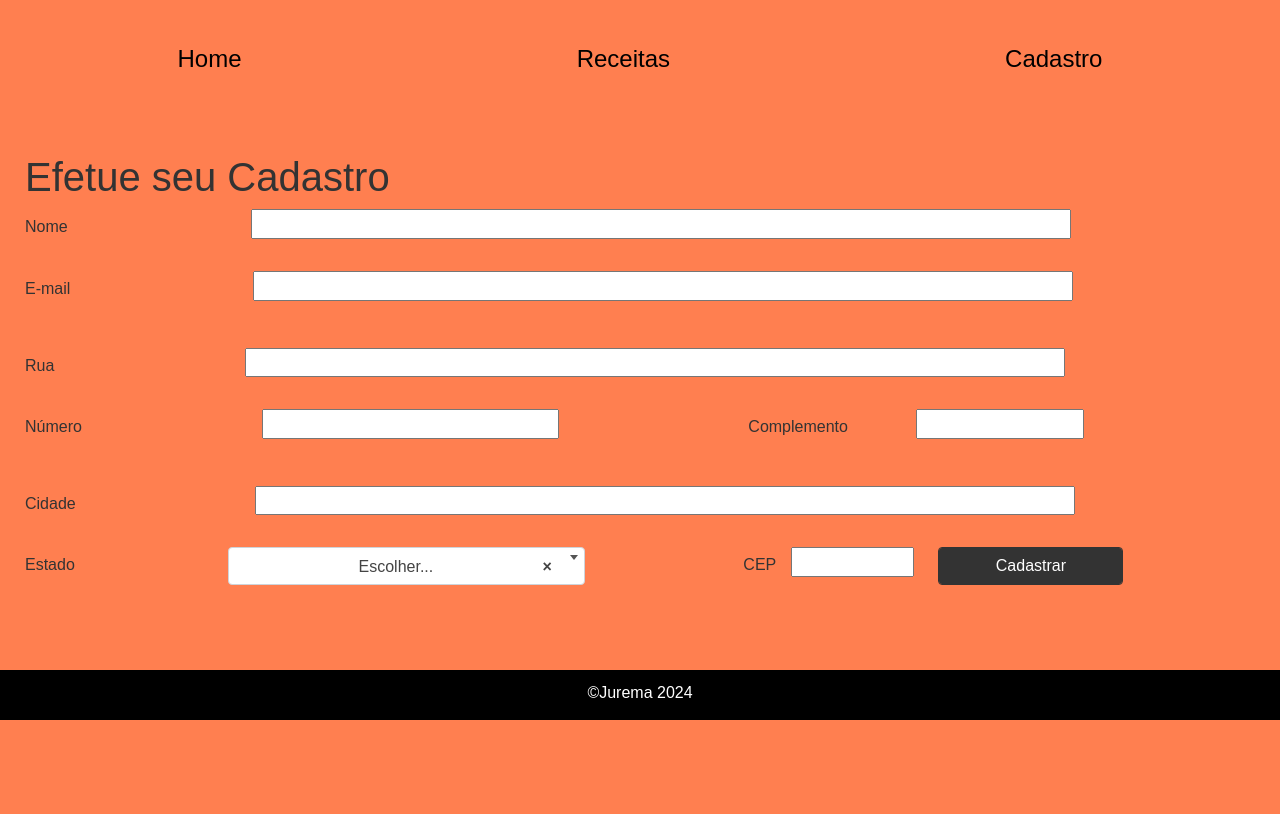
Repository: devropaes/RECEITAS
Page: OneDrive/Área de Trabalho/Estudos/Estácio/receitas/cadastro.html
The author's editor kept a copy of each file at every save. The page is drawn from the files as they stood at one save, then again after the next save.
The browser window is 1280 px wide. The pictures show the whole page.

Above is the page before, as saved 2024-03-15 10:10:38.

### OneDrive/Área de Trabalho/Estudos/Estácio/receitas/cadastro.html
<!DOCTYPE html>
<html lang="pt-br">
<head>
    <meta charset="UTF-8">
    <meta http-equiv="X-UA-Compatible" content="IE=edge">
    <meta name="viewport" content="width=device-width, initial-scale=1.0">
    <link rel="stylesheet" href="https://stackpath.bootstrapcdn.com/bootstrap/4.3.1/css/bootstrap.min.css" integrity="sha384-ggOyR0iXCbMQv3Xipma34MD+dH/1fQ784/j6cY/iJTQUOhcWr7x9JvoRxT2MZw1T" crossorigin="anonymous">
    <link href="https://cdnjs.cloudflare.com/ajax/libs/select2/4.0.13/css/select2.min.css" rel="stylesheet" />
    <link rel="stylesheet" href="cadastro.css">
    <link rel="stylesheet" href="formatos.css">
    <title>Cadastro</title>
    <style>
        body {
            background-color: #ff7f50; /* Cor de fundo do corpo */
        }
    </style>
</head>
<body>

  <ul class="navlist">
      <li><a href="home.html">Home</a></li>
      <li><a href="receitas.html">Receitas</a></li>
      <li><a href="cadastro.html">Cadastro</a></li>
 </ul>
 </body>


        <main class="container-fluid">
            <!-- Área Principal - Título e Formulário de Cadastro -->
            <div class="row">
                <div class="col-lg-12">
                    <h1 class="mt-4 text-left">Efetue seu Cadastro</h1>
                    <form>
                        <div class="form-row">
                            <div class="form-group col-md-12">
                                <label for="nome" class="float-left">Nome</label>
                                <input type="text" class="form-group col-md-8" id="nome" required>
                            </div>
                            <div class="form-group col-md-12">
                                <label for="email" class="float-left">E-mail</label>
                                <input type="email" class="form-group col-md-8" id="email" required>
                            </div>
                        </div>
                        <div class="form-row">
                            <div class="form-group col-md-12">
                                <label for="rua" class="float-left">Rua</label>
                                <input type="text" class="form-group col-md-8" id="rua" required>
                            </div>
                            <div class="form-group col-md-7">
                                <label for="numero" class="float-left">Número</label>
                                <input type="text" class="form-group col-md-5" id="numero" required>
                            </div>
                            <div class="form-group col-md-4">
                                <label for="complemento" class="float-left">Complemento</label>
                                <input type="text" class="form-group col-md-5" id="complemento">
                            </div>
                        </div>
                        <div class="form-row">
                            <div class="form-group col-md-12">
                                <label for="cidade" class="float-left">Cidade</label>
                                <input type="text" class="form-group col-md-8" id="cidade" required>
                            </div>
                            <div class="form-group col-md-7">
                                <label for="estado" class="float-left">Estado</label>
                                <select id="estado" class="form-group col-md-6" required>
                                    <option selected>Escolher...</option>
                                    <option value="AC">Acre</option>
                                    <option value="AL">Alagoas</option>
                                    <option value="AP">Amapá</option>
                                    <option value="AM">Amazonas</option>
                                    <option value="BA">Bahia</option>
                                    <option value="CE">Ceará</option>
                                    <option value="DF">Distrito Federal</option>
                                    <option value="ES">Espírito Santo</option>
                                    <option value="GO">Goiás</option>
                                    <option value="MA">Maranhão</option>
                                    <option value="MT">Mato Grosso</option>
                                    <option value="MS">Mato Grosso do Sul</option>
                                    <option value="MG">Minas Gerais</option>
                                    <option value="PA">Pará</option>
                                    <option value="PB">Paraíba</option>
                                    <option value="PR">Paraná</option>
                                    <option value="PE">Pernambuco</option>
                                    <option value="PI">Piauí</option>
                                    <option value="RJ">Rio de Janeiro</option>
                                    <option value="RN">Rio Grande do Norte</option>
                                    <option value="RS">Rio Grande do Sul</option>
                                    <option value="RO">Rondônia</option>
                                    <option value="RR">Roraima</option>
                                    <option value="SC">Santa Catarina</option>
                                    <option value="SP">São Paulo</option>
                                    <option value="SE">Sergipe</option>
                                    <option value="TO">Tocantins</option>
                                </select>
                            </div>
                            <div class="form-row">
                                <div class="form-group col-md-6">
                                    <label for="cep" class="float-left">CEP</label>
                                    <input type="text" class="form-group col-md-8" id="cep" required>
                                </div>
                                <div class="form-group col-md-6 d-flex justify-content-end">
                                    <button type="submit" class="btn btn-primary form-control">Cadastrar</button>
                                </div>
                            </div>
        </main>

        <footer class="rodape">
          <p>&copy;Jurema 2024 </p>
     </footer>

     <script src="https://code.jquery.com/jquery-3.3.1.slim.min.js" integrity="sha384-q8i/X+965DzO0rT7abK41JStQIAqVgRVzpbzo5smXKp4YfRvH+8abtTE1Pi6jizo" crossorigin="anonymous"></script>
<script src="https://cdnjs.cloudflare.com/ajax/libs/popper.js/1.14.7/umd/popper.min.js" integrity="sha384-UO2eT0CpHqdSJQ6hJty5KVphtPhzWj9WO1clHTMGa3JDZwrnQq4sF86dIHNDz0W1" crossorigin="anonymous"></script>
<script src="https://stackpath.bootstrapcdn.com/bootstrap/4.3.1/js/bootstrap.min.js" integrity="sha384-JjSmVgyd0p3pXB1rRibZUAYoIIy6OrQ6VrjIEaFf/nJGzIxFDsf4x0xIM+B07jRM" crossorigin="anonymous"></script>
<script src="https://cdnjs.cloudflare.com/ajax/libs/select2/4.0.13/js/select2.min.js"></script>

<script>
    $(document).ready(function() {
        // Aplica o Select2 ao campo de seleção de estados
        $('#estado').select2({
            placeholder: 'Escolher...',
            allowClear: true, // Permite a limpeza da seleção
        });
    });
</script>

</body>
</html>

### OneDrive/Área de Trabalho/Estudos/Estácio/receitas/cadastro.css
* {
  margin: 0;
  padding: 0;
  box-sizing: border-box;
}

:root {
  --cor-primaria: #ff7f50;
  --cor-secundaria: #333;
  --cor-terciaria: #000;
  --cor-hover: #fff;
  --font-primaria: "Arial, Helvetica", sans-serif;
  --font-secundaria: "Krona-One", sans-serif;
}

body {
  overflow-y: auto;
  background-color: var(--cor-primaria);
  font-family: var(--font-secundaria);
  font-size: 1em;
  font-weight: 600;
  text-align: left;
  margin: 5px;
  padding: 5px; /* Adicionado espaçamento interno ao corpo */
}

header {
  height: 60px;
  background-color: var(--cor-secundaria);
  color: var(--cor-hover);
}

main {
  height: calc(100vh - 100px);
  padding: 5px;
}
.navlist {
  ;
  color: var(--cor-hover);
  list-style: none;
  padding: 0;
  display: flex;
  justify-content: space-around;
  max-width: 100%;
}

.navlist li {
  display: flex;
  margin: 10px;
  max-width: 100%;
}

.navlist a {
  text-decoration: none;
  color: var(--cor-terciaria);
  font-family: var(--font-primaria);
  font-size: 1.5em;
  font-weight: normal; /* ou outro valor adequado */
  margin: 0;
  padding: 0;
}
.container-fluid {
  width: 100%;
  padding-right: 15px;
  padding-left: 15px;
  margin-right: auto;
  margin-left: auto;
}

main {
  height: calc(100vh - 100px);
  padding: 5px;
}
form {
  display: flex;
  flex-direction: column;
}

.form-row {
  margin-bottom: 15px;
}

.float-left {
  float: left;
  padding-top: 5px;
}

.float-right {
  float: right;
  padding-top: 5px;
}

/* Estilo personalizado para o Select2 */
.select2-container--default .select2-selection--single {
  height: 38px;
  padding: 8px 12px;
  border: 1px solid #ced4da; /* Corrigido */
  border-radius: 4px;
}

.select2-container--default .select2-selection--single .select2-selection__arrow {
  height: 18px;
}

.select2-container--default .select2-selection--single .select2-selection__rendered {
  line-height: 22px;
}

.select2-container--default .select2-selection--single .select2-selection__arrow b {
  border-color: #555 transparent transparent transparent;
}

#filtroEstado {
  margin-bottom: 15px;
}

.apresentacao {
  font-family: var(--font-secundaria);
  font-weight: 600;
  background-color: var(--cor-primaria);
  text-align: center;
  padding: 50px;
}

.btn-primary {
  color: var(--cor-hover);
  background-color: var(--cor-secundaria);
  border-color: var(--cor-secundaria);
  width: 100%; /* Adicionado */
  height: 38px; /* Adicionado */
}

.rodape {
  background-color: var(--cor-terciaria);
  border-color: var(--cor-hover);
  color: var(--cor-hover);
  text-align: center;
  padding: 10px;
  position: fixed;
  border-bottom: var(--cor-hover);
  left: 0;
  bottom: 0%;
  width: 100%;
  max-width: 100%;
  height: 25px;
  padding-top: 5px;
}

main {
  margin-bottom: 30px; /* Ajuste a margem inferior para acomodar a altura do rodapé mais uma margem extra */

}

### OneDrive/Área de Trabalho/Estudos/Estácio/receitas/formatos.css


:root {
    --cor-primaria: #ff7f50;
    --cor-secundaria: #333;
    --cor-terciaria: #000;
    --cor-hover: #fff;
    --font-primaria: "Arial, Helvetica", sans-serif;
    --font-secundaria: "Krona-One", sans-serif;
}

* {
    margin: 0;
    padding: 0;
    box-sizing: border-box;
}

body {
    background-color: var(--cor-primaria);
    color: var(--cor-secundaria);
    font-family: var(--font-secundaria);
    font-size: 16px;
    line-height: 1.6;
    font-weight: 400;
    text-align: center;
    margin: 5px;
    padding: 5px;


}

  .navlist li {
    display: flex;
    margin: 30px;
}

  .navlist a {
    text-decoration: none;
    color: var(--cor-terciaria);
    font-family: var(--font-primaria);
    font-size: 1.5em;
    font-weight: normal; /* ou outro valor adequado */
    margin: 0;
    padding: 0;
}
.logo-container {
    display: flex;
    align-items: center;
    font-size: 1em;
    margin-bottom: 50px;
    margin-top: 40px;
}
.logo {
    width: 5px;
    width: 5px;
    margin-right: 10px;

}
.receitas__tia__jurema {
    width: 80px;
    font-size: 2.5em;
    margin-bottom: 50px;
    padding: 50px;
    display:contents;

}
.content {
    display: flex;
    flex-direction: column;
    align-items: center;
    justify-content: center;
    text-align: center;
}

.apresentacao {
    font-size: 1.5em;
    text-align:inherit;
    padding: 30px;
    width: 80%; /* Ajuste conforme necessário */
    margin: auto;

}
.apresentação h2 {
    margin: bottom 30px;
    padding: 30px;
    text-align: center;
}

/* Adicione esta regra para alinhar o logo à esquerda da Receitas Tia Jurema */
.content {
    display: flex;
    align-items: center;
    margin-bottom: 20px;
}

.logo {
    width: 70px;
    margin-right: 5px; /* Ajuste conforme necessário */

}

/* Explorar as possibilidades da visualização no modo flex */
.container {
    display: flex;
    justify-content: space-between; /* Alinha os elementos filhos com espaço entre eles */
    align-items: center; /* Centraliza os elementos verticalmente */
}

header {
    /* Se desejar posicionar o cabeçalho fixo no topo da página: */
    position: fixed;
    top: 0;
    width: 100%;
    background-color:var(--cor-primaria);
    z-index: 1000; /* Certifique-se de que o cabeçalho apareça acima do conteúdo */
}
.rodape {
    background-color: var(--cor-terciaria);
    border-color: var(--cor-hover);
    color: var(--cor-hover);
    text-align: center;
    padding: 10px;
    position: fixed;
    border-bottom: var(--cor-hover);
    left: 0;
    bottom: 0%;
    width: 100%;
    height: 50px;
    max-width: 100%;

}
main {
    margin-bottom: 60px; /* Ajuste a margem inferior para acomodar a altura do rodapé mais uma margem extra */
}

After the next save:
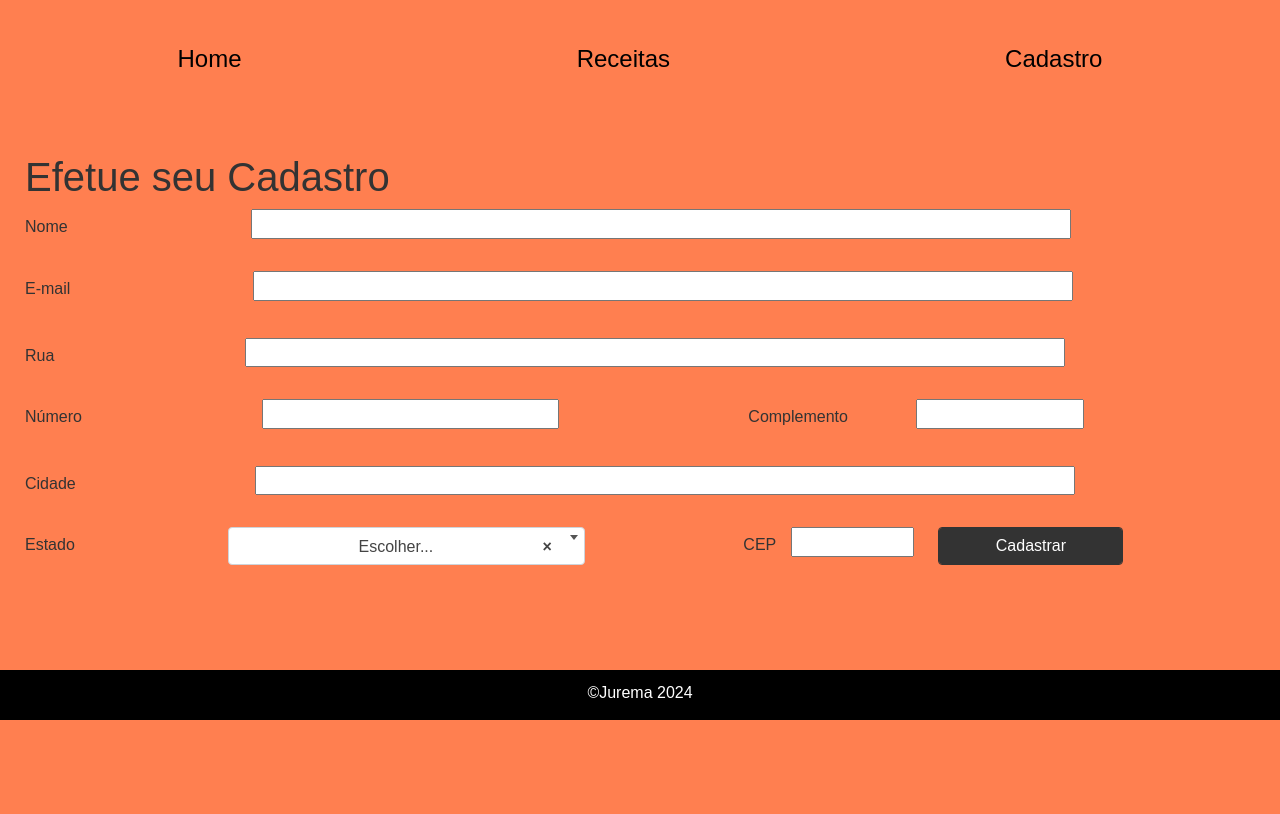
Saved 6 min 56 s later.
--- a/OneDrive/Área de Trabalho/Estudos/Estácio/receitas/cadastro.css
+++ b/OneDrive/Área de Trabalho/Estudos/Estácio/receitas/cadastro.css
@@ -77,7 +77,7 @@ form {
 }
 
 .form-row {
-  margin-bottom: 15px;
+  margin-bottom: 5px;
 }
 
 .float-left {

After the save that followed:
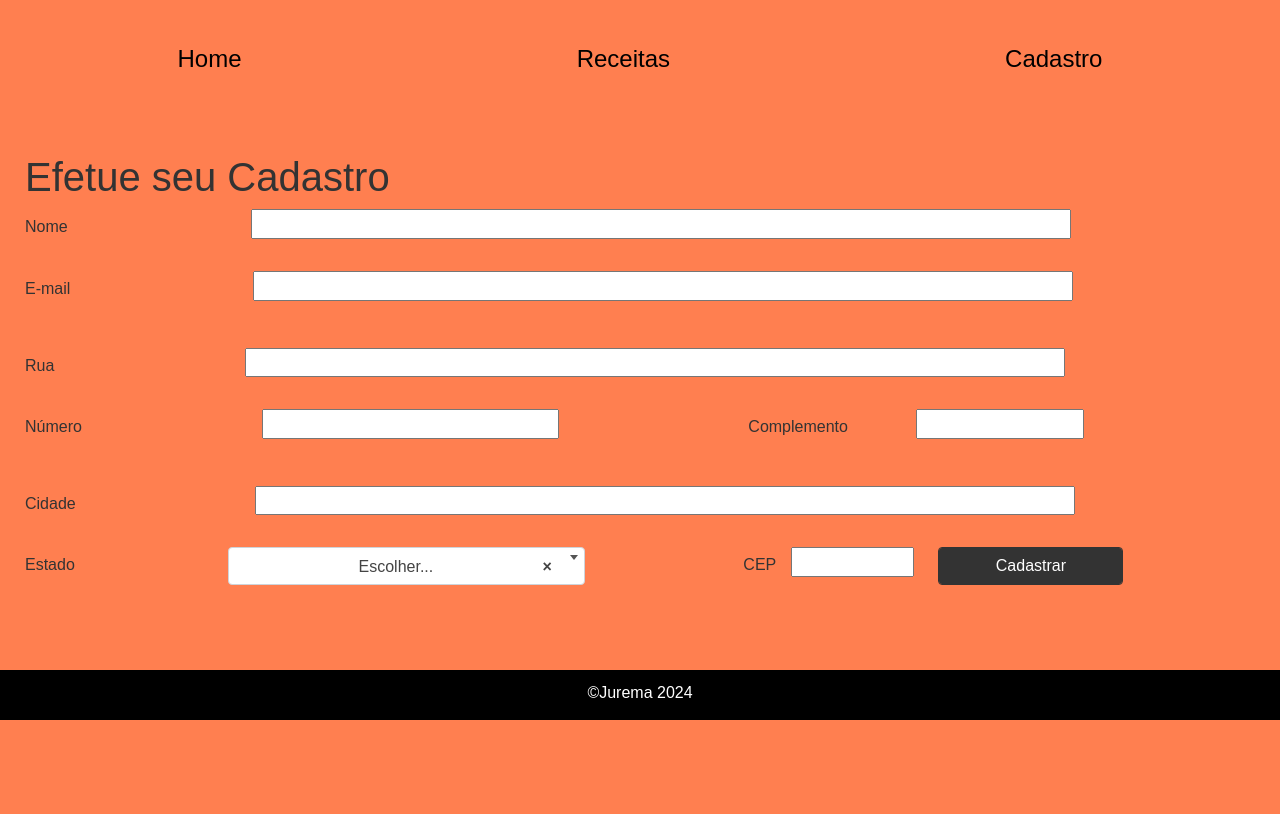
Saved 6 s later.
--- a/OneDrive/Área de Trabalho/Estudos/Estácio/receitas/cadastro.css
+++ b/OneDrive/Área de Trabalho/Estudos/Estácio/receitas/cadastro.css
@@ -77,7 +77,7 @@ form {
 }
 
 .form-row {
-  margin-bottom: 5px;
+  margin-bottom: 15px;
 }
 
 .float-left {
